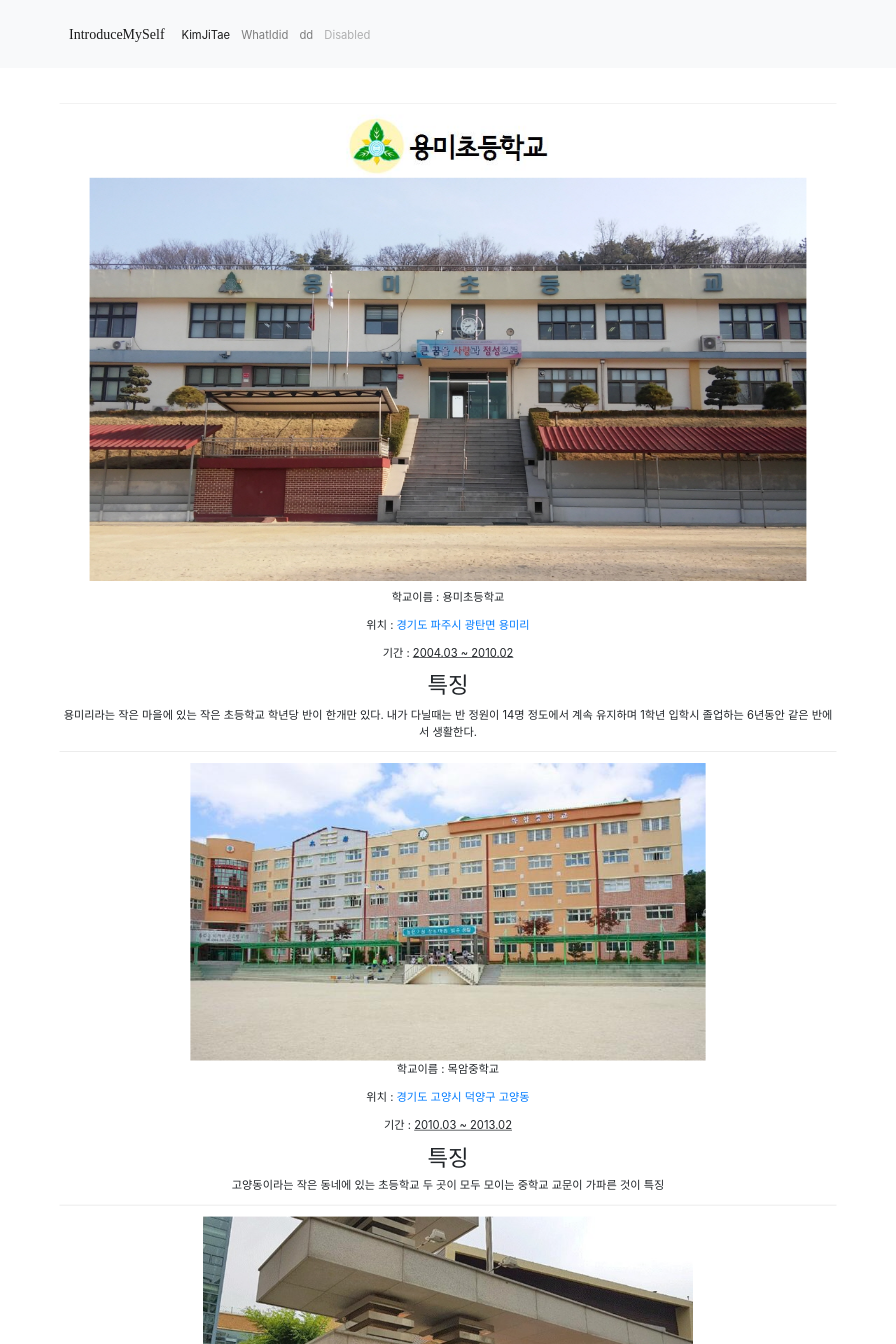
Repository: wlxo0401/IntroduveMySelf
Page: IntroduceMySelf/WebContent/KimJiTae.html
These files come from the project's save history. The page is drawn as it stood at one moment and after the next save; the edit follows.
The browser window is 1280 px wide. The pictures show the part of the page from y = 0 to 1920 px (the page is 3419 px tall before and 3438 px after), at 70% of full size.

Above is the page before, as saved 2020-03-11 08:06:16.

After the next save:
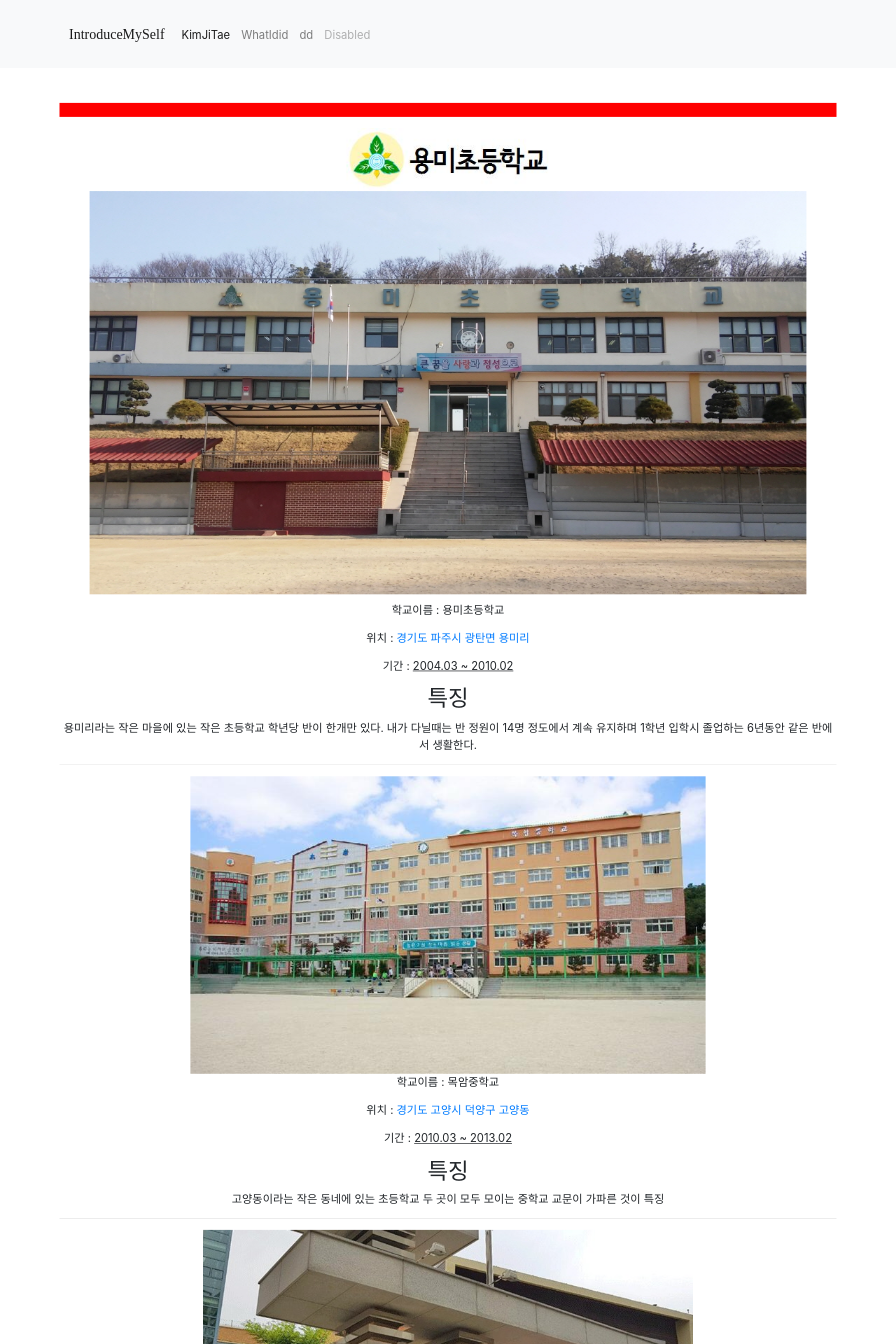
Saved 43 s later.
--- a/IntroduceMySelf/WebContent/KimJiTae.html
+++ b/IntroduceMySelf/WebContent/KimJiTae.html
@@ -42,7 +42,7 @@
 	<!-- //header -->
 	<!-- container -->
 	<div class = "container">
-		<hr>
+		<hr style="border: solid 10px red;">
 		<div class = "ElementarySchool">
 			<img src="img/eslogo.jpg" style="max-width: 100%; height: auto;">
 			<img src="img/espic.jpg" style="max-width: 100%; height: auto;">
